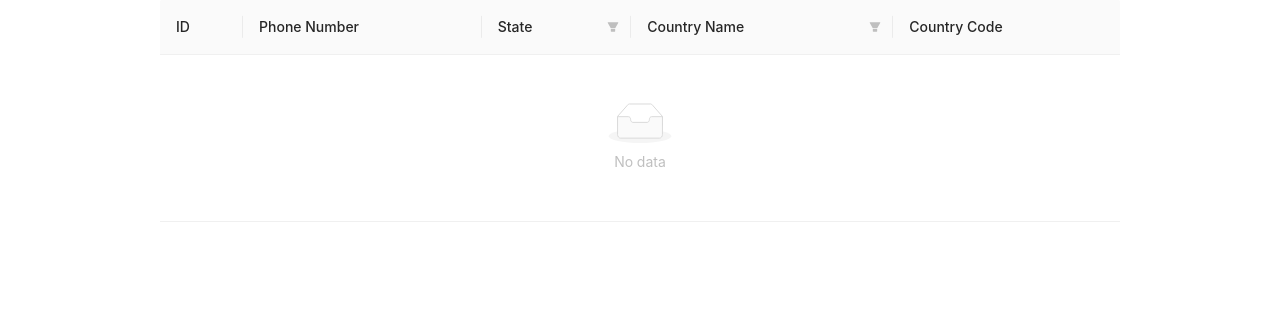
Repository: MohamedMedhat96/jumia-phone-directory-task
Page: / (app in jumia-task-frontend/)
An editor plug-in stored every save of this project. The page is shown before and after the next save, followed by the edit.
The browser window is 1280 px wide. The pictures show the whole page.
The page's requests for data from a server got no answer. The project was rebuilt for these pictures with package versions that can differ from the ones it lists, and the page was loaded fresh each time. No one was signed in, and anything a server would have sent is missing.

Above is the page before, as saved 2021-10-15 14:20:37.

After the next save:
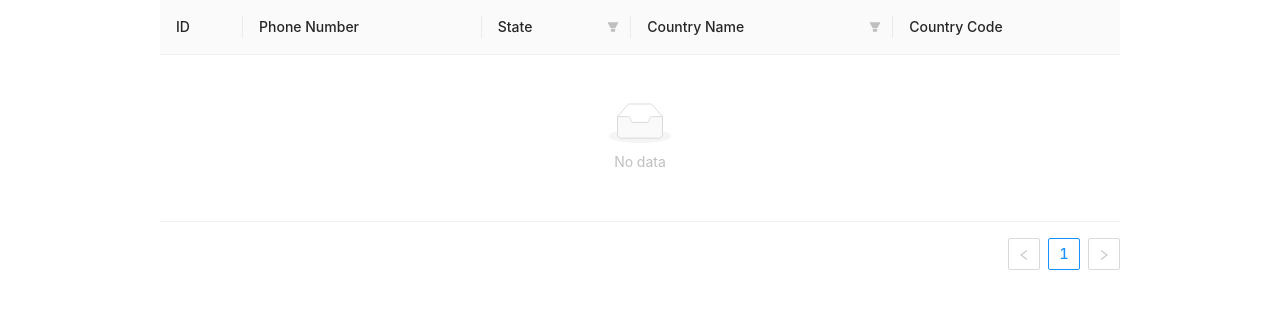
Saved 85 min 36 s later.
--- a/jumia-task-frontend/src/App.js
+++ b/jumia-task-frontend/src/App.js
@@ -6,7 +6,7 @@ import axios from "axios";
 
 function App() {
 
-  const [pagination, setPagination] = useState()
+  const [pagination, setPagination] = useState({ size: 10, total: 10 })
 
   useEffect(() => {
     axios({ method: 'get', url: 'http://localhost:8080/phoneNumber/search' }).then((response) => {
